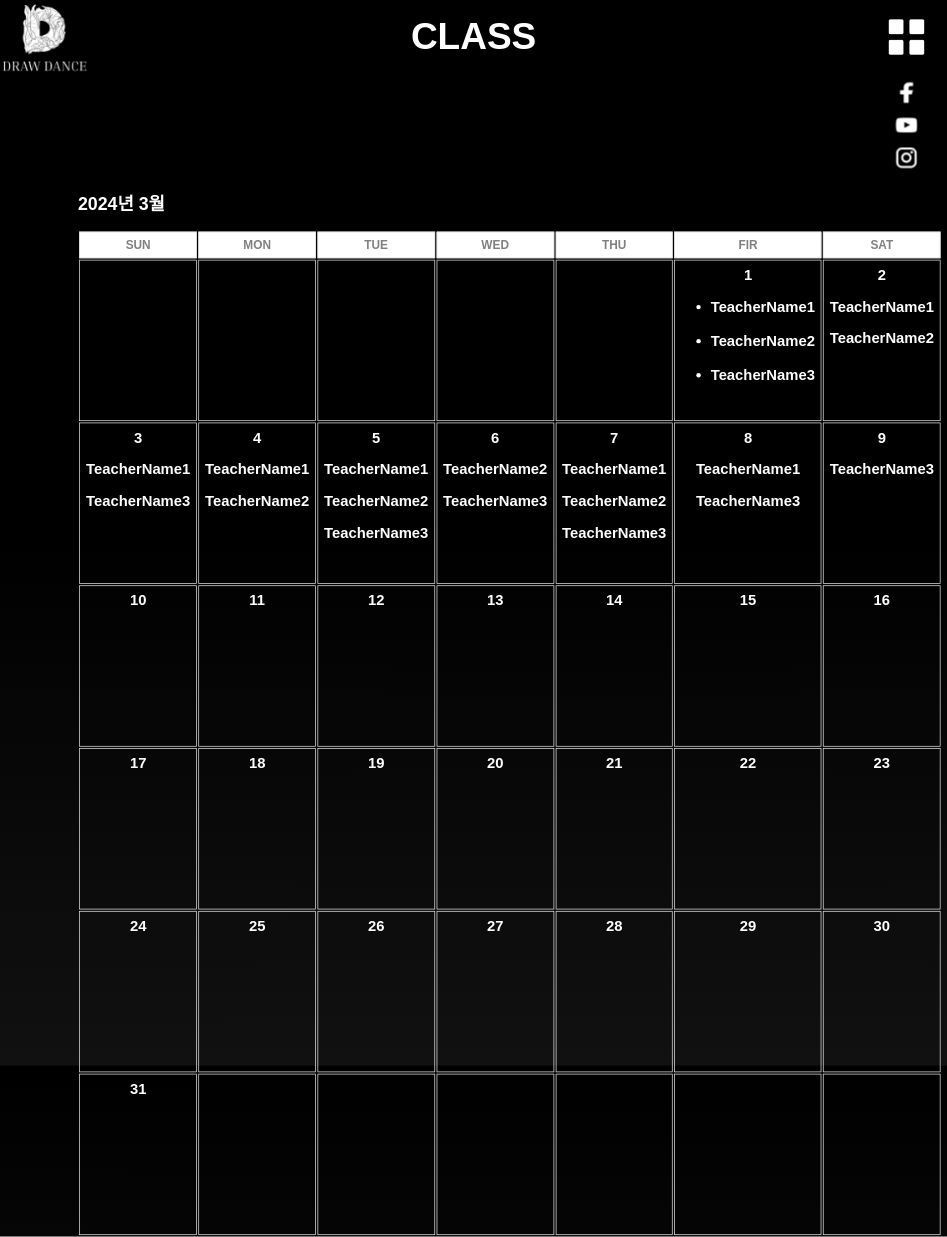
Repository: seonghun9906/semiProject
Page: http://localhost/drawAcademy/WEB-INF/views/Class/classpage.jsp
An editor plug-in stored every save of this project. The page is shown before and after the next save, followed by the edit.
The browser window is 1280 px wide. The pictures show the whole page, at 74% of full size.
The page is served by Tomcat 9. Nobody is signed in. Other server files are loaded and not shown. The template is opened directly, without the code that normally fills it, so the values that code supplies are empty.

Above is the page before, as saved 2024-02-28 02:33:13.

### drawAcademy/src/main/webapp/WEB-INF/views/Class/classpage.jsp
<%@ page language="java" contentType="text/html; charset=UTF-8"
   pageEncoding="UTF-8"%>
<%@ taglib uri="http://java.sun.com/jsp/jstl/core" prefix="c"%>
<!DOCTYPE html>
<html>
<head>
<meta charset="UTF-8">
<title>수강신청 사이트</title>
<link rel="stylesheet" href="resources/css/classpage.css">
<script src="https://code.jquery.com/jquery-3.7.1.min.js"
   integrity="sha256-/JqT3SQfawRcv/BIHPThkBvs0OEvtFFmqPF/lYI/Cxo="
   crossorigin="anonymous"></script>

</head>
<body>
   <div class="bodyMain">
      <div class="title">
         CLASS
      </div>
      <div class="headerMenu">
         <button class="Home-btn" onclick="location.href='./'">
            <img src="resources/images/lg.png" class="logo">
         </button>
      </div>
      <div id="menu-container">
         <img src="resources/images/menu.png" id="menuButton">
         <div id="rectangle">
            <br> <br>
            <button class="Home-btn" onclick="location.href='./'">
               <p>HOME</p>
            </button>
            <br> <br> <br>
            <button class="ABOUT-btn" onclick="location.href='./about'">
               <p>ABOUT</p>
            </button>
            <br> <br> <br>
            <button class="INSTRUCTORS-btn"
               onclick="location.href='./instructors'">
               <p>INSTRUCTORS</p>
            </button>
            <br> <br> <br>
            <button class="CLASS-btn" onclick="location.href='./classpage'">
               <p>CLASS</p>
            </button>
             <br> <br> <br>
              <button class="CONTACT-btn" onclick="location.href='./qboard'">
               <p>FAQ</p>
            </button>
            <br> <br> <br> <br> <br> <br> <br>
            <div class="smallWord">
               <button id="loginBtn" class="LOGIN-btn"
                  onclick="location.href='./login'">
                  <small>LOGIN</small>
               </button>
               <form id="logoutForm" action="logout" method="get">
                  <button class="LOGIN-btn" onclick="location.href='./'">
                     <small>LOGOUT</small>
                  </button>
               </form>
               <button id="signupBtn" class="SIGNUP-btn"
                  onclick="location.href='./signUp'">
                  <small>SIGN UP</small>
               </button>
               <button id="myPage" class="MYPAGE-btn"
                  onclick="location.href='./mypage'">
                  <small>MY PAGE</small>
               </button>
            </div>
            <br> <br>
            <div id="icon-container2">
               <a href="https://www.facebook.com"> <img
                  src="resources/images/facebookIcon.png" class="facebook">
               </a> <a href="https://www.youtube.com"> <img
                  src="resources/images/youtubeIcon.png" class="youtube">
               </a> <a href="https://www.instagram.com"> <img
                  src="resources/images/instagramIcon.png" class="instagram">
               </a>
            </div>
         </div>
      </div>
      <div id="icon-container">
         <a href="https://www.facebook.com"> <img
            src="resources/images/facebookIcon.png" class="facebook">
         </a> <a href="https://www.youtube.com"> <img
            src="resources/images/youtubeIcon.png" class="youtube">
         </a> <a href="https://www.instagram.com"> <img
            src="resources/images/instagramIcon.png" class="instagram">
         </a>
      </div>


   <div class = cal>
	<h2>2024년 3월</h2>
	<table>
    	<thead>
        <tr>
            <th>SUN</th>
            <th>MON</th>
            <th>TUE</th>
            <th>WED</th>
            <th>THU</th>
            <th>FIR</th>
            <th>SAT</th>
        </tr>
    </thead>
    <tbody>
        <tr>
            <td></td>
            <td></td>
            <td></td>
            <td></td>
            <td></td>
            <td>1
            	<ul>
            <li><a href="class1" class="Testclass">TeacherName1</a></li>
            <br>
            <li><a href="class2" class="Testclass">TeacherName2</a></li>
            <br>
            <li><a href="class3" class="Testclass">TeacherName3</a></li>
            </ul>
            </td>
            <td>2
             <p><a href="class1" class="Testclass">TeacherName1</a></p>
            <p><a href="class2" class="Testclass">TeacherName2</a></p>
            </td>
        </tr>
        <tr>
            <td>3
              <p><a href="class1" class="Testclass">TeacherName1</a></p>

            <p><a href="class3" class="Testclass">TeacherName3</a></p></td>
            <td>4
              <p><a href="class1" class="Testclass">TeacherName1</a></p>
            <p><a href="class2" class="Testclass">TeacherName2</a></p>

            <td>5
              <p><a href="class1" class="Testclass">TeacherName1</a></p>
            <p><a href="class2" class="Testclass">TeacherName2</a></p>
            <p><a href="class3" class="Testclass">TeacherName3</a></p></td>
            <td>6

            <p><a href="class2" class="Testclass">TeacherName2</a></p>
            <p><a href="class3" class="Testclass">TeacherName3</a></p></td>
            <td>7
              <p><a href="class1" class="Testclass">TeacherName1</a></p>
            <p><a href="class2" class="Testclass">TeacherName2</a></p>
            <p><a href="class3" class="Testclass">TeacherName3</a></p></td>
            <td>8
              <p><a href="class1" class="Testclass">TeacherName1</a></p>

            <p><a href="class3" class="Testclass">TeacherName3</a></p></td>
            <td>9

            <p><a href="class3" class="Testclass">TeacherName3</a></p></td>
        </tr>
        <tr>
            <td>10</td>
            <td>11</td>
            <td>12</td>
            <td>13</td>
            <td>14</td>
            <td>15</td>
            <td>16</td>
        </tr>
        <tr>
            <td>17</td>
            <td>18</td>
            <td>19</td>
            <td>20</td>
            <td>21</td>
            <td>22</td>
            <td>23</td>
        </tr>
        <tr>
            <td>24</td>
            <td>25</td>
            <td>26</td>
            <td>27</td>
            <td>28</td>
            <td>29</td>
            <td>30</td>
        </tr>
        <tr>
            <td>31</td>
            <td></td>
            <td></td>
            <td></td>
            <td></td>
            <td></td>
            <td></td>
        </tr>
    </tbody>
</table>
</div>

</div><!-- bodymain -->


</body>
<script>
$(document).ready(function() {
	  var rectangle = $("#rectangle");
	  var menuButton = $("#menuButton");
	  var iconContainer = $("#icon-container");
	  var isRectangleVisible = false;

	  menuButton.on('click', function() {
	    if (!isRectangleVisible) {
	      rectangle.show();
	      iconContainer.hide();
	      isRectangleVisible = true;
	    } else {
	      rectangle.hide();
	      iconContainer.show();
	      isRectangleVisible = false;
	    }
	  });
	});
</script>
<script>

$(document).ready(function() {
	  var loginBtn = $("#loginBtn");
	  var logoutForm = $("#logoutForm");
	  var signupBtn = $("#signupBtn");
	  var myPageBtn = $("#myPage");

	  var loggedInMember = '<%= session.getAttribute("login") %>';
	  console.log("세션에 저장된 값: " + loggedInMember);

	  // 여기서 로그인 여부를 확인하고 그에 따라 버튼을 표시하거나 숨깁니다.
	  var isLoggedIn = loggedInMember !== 'null' && loggedInMember !== '';

	  if (isLoggedIn) {
	    loginBtn.hide();
	    logoutForm.show();
	    signupBtn.hide();
	    myPageBtn.show();
	  } else {
	    loginBtn.show();
	    logoutForm.hide();
	    signupBtn.show();
	    myPageBtn.hide();
	  }
	});
</script>
</html>

### drawAcademy/src/main/webapp/resources/css/classpage.css
html {
   height: 100%;
}

body {
   margin: 0;
   padding: 0;
   font-family: sans-serif;
   background: linear-gradient(#000000, #111111);
}

h2{
	color : white;
	font-weight: bold;

}
 		.cal {
         table-layout: fixed;
         width: 85%;
         border-collapse: collapse;
         color : white;
         margin-top : 20%;
         margin-left : 8.225%;
        }

        th, td {
            border: 1px solid #ddd;
            padding: 8px;
            text-align: center;

        }

        th {
            background-color: #ffffff;
            color : gray;
        }

        td {
       		width : 255px;
        	height : 200px;
            cursor: pointer;
            color : white;
            text-align: center;
            vertical-align: top;
            font-size: 20px;
 		font-weight: bold;
        }

        td:hover {
            background-color: white;
            color : black;

        }

          td:hover a {
            background-color: white;
            color : black;

        }

 .Testclass{
 	color: white;
        text-decoration: none;
 	font-size: 20px;
 	font-weight: bold;
 }

.bodyMain {
   position: absolute;
   background-color: #000000;
   top: 0;
   left: 0;
   bottom: 0;
   right: 0;
   width: 100%;
   height: 100%;
}

.title {
   width: 100%; /* 컨테이너의 너비를 화면 전체로 설정 */
   position: absolute; /* 화면 아래에 고정시킵니다. */
   text-align: center; /* 내부 텍스트를 가운데 정렬합니다. */
   padding: 20px; /* 내부 여백 설정 (예시) */
   box-sizing: border-box; /* 패딩이 포함된 전체 너비/높이 계산 */
   color: #ffffff;
   font-size: 50px;
   font-weight: bold;
}

.middle-part {
   width: 100%; /* 컨테이너의 너비를 화면 전체로 설정 */
   position: absolute; /* 화면 아래에 고정시킵니다. */
   text-align: left; /* 내부 텍스트를 가운데 정렬합니다. */
   padding: 20px; /* 내부 여백 설정 (예시) */
   box-sizing: border-box; /* 패딩이 포함된 전체 너비/높이 계산 */
   color: #ffffff;
   font-size: 60px;
   font-weight: bold;
   margin: 5%;
}

.headerMenu .Home-btn {
   position: fixed;
   background: none;
   border: none;
   padding: 0;
   cursor: pointer;
   width: auto; /* 이미지 크기에 맞게 자동으로 조정됨 */
   z-index: 9999;
}

.headerMenu .logo {
   width: 120px; /* 이미지가 버튼 내에서 꽉 차도록 설정 */
   height: auto; /* 이미지의 가로 세로 비율을 유지하면서 버튼에 맞게 조정 */
}

.facebook {
   width: 20px;
   height: 30px;
   z-index: 9999;
}

.youtube {
   width: 30px;
   height: 20px;
   z-index: 9999;
}

.instagram {
   width: 30px;
   height: 30px;
   z-index: 9999;
}

#menu-container {
   position: relative;
   z-index: 9999;
}

#menuButton {
   cursor: pointer;
   position: fixed;
   top: 25px;
   right: 30px; /* 오른쪽으로 이동 */
   display: flex;
   width: 50px;
   height: 50px;
   z-index: 9999;
}

#icon-container {
   position: fixed;
   top: 110px;
   right: 40px;
   display: flex;
   flex-direction: column; /* 세로 방향으로 아이콘을 나열 */
   align-items: center; /* 아이콘을 수직 중앙으로 정렬 */
   gap: 15px; /* 아이콘 사이의 간격 설정 */
   z-index: 9998;
}

#rectangle {
   /* 처음엔 숨겨져 있음 */
   position: fixed;
   top: 110px; /* toggleButton 바로 아래 위치 */
   right: 30px; /* menuButton과 같게 */
   width: 10.5%;
   min-height: 200px;
   color: black;
   background-color: black;
   display: none;
   border: 2px solid white;
   background-color: black;
   z-index: 9999;
}

#rectangle button {
   cursor: pointer;
   background-color: black;
   border: none;
   padding: 0.5em 0.5em; /* 위아래 0.5em, 좌우 1em으로 설정하여 버튼 크기를 내용에 맞게 조정 */
   color: white;
   font-size: 23px;
   gap: 15px;
}

#rectangle p {
   color: white;
   text-align: left;
   font-size: 24px;
   text-decoration: underline; /* 밑줄 */
   margin: 0px;
}

.smallWord {
   color: white;
   margin: 10px;
}

#icon-container2 {
   position: relative;
   right: -30px;
   display: flex;
   margin-bottom: 30px;
   flex-direction: row; /* 가로 방향으로 아이콘을 나열 */
   align-items: center; /* 아이콘을 수직 중앙으로 정렬 */
   gap: 15px; /* 아이콘 사이의 간격 설정 */
   z-index: 9998;
}

.instructor-container {
   width: 100%;
   position: fixed;
   bottom: 0;
   padding: 20px;
   display: flex;
   justify-content: space-around;
   flex-direction: row;
   box-sizing: border-box;
}

.instructor-container img {
   width: 200px;
   height: 200px;
}

After the next save:
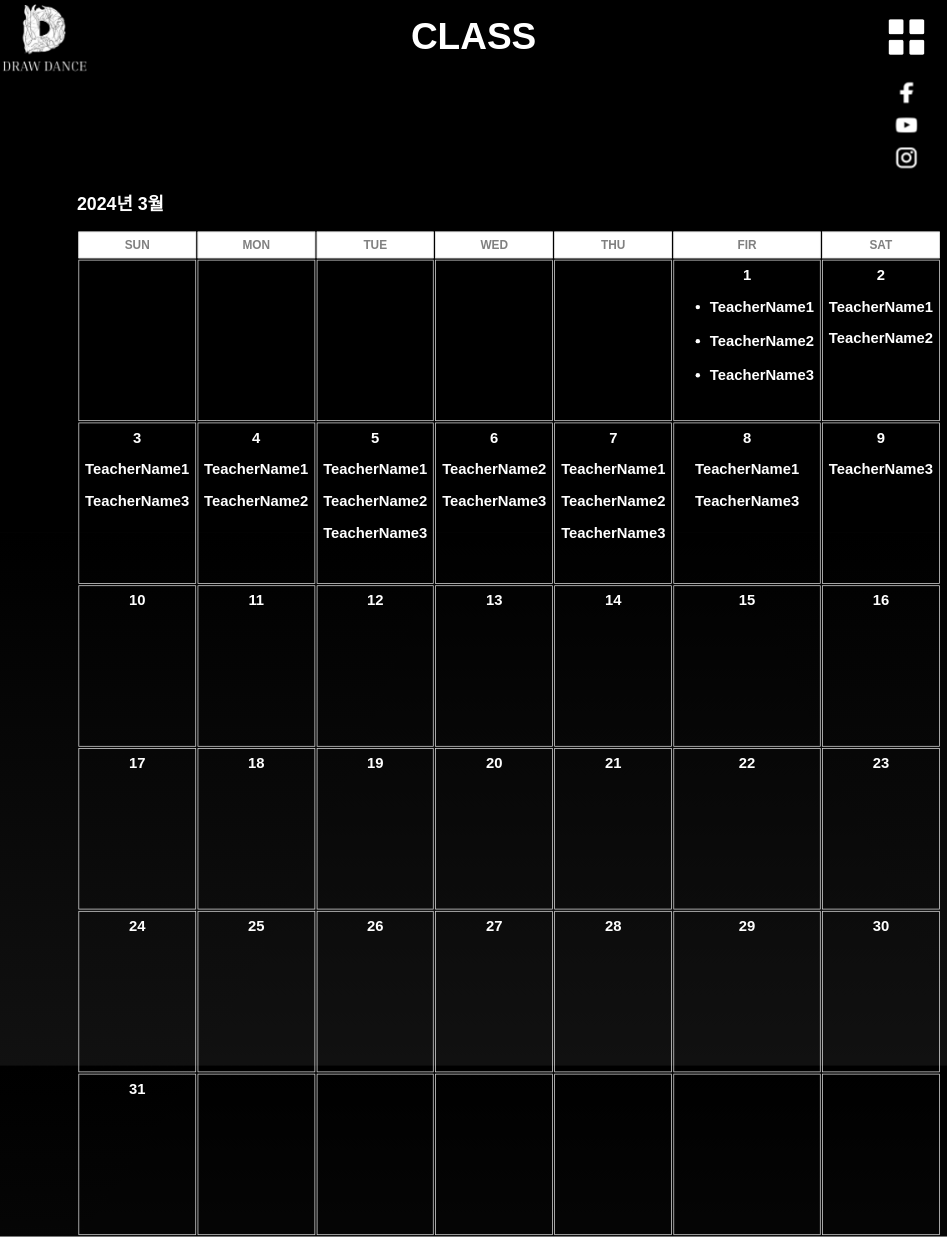
Saved 6 s later.
--- a/drawAcademy/src/main/webapp/resources/css/classpage.css
+++ b/drawAcademy/src/main/webapp/resources/css/classpage.css
@@ -20,7 +20,7 @@
          border-collapse: collapse;
          color : white;
          margin-top : 20%;
-         margin-left : 8.225%;
+         margin-left : 8.125%;
         }
 
         th, td {
